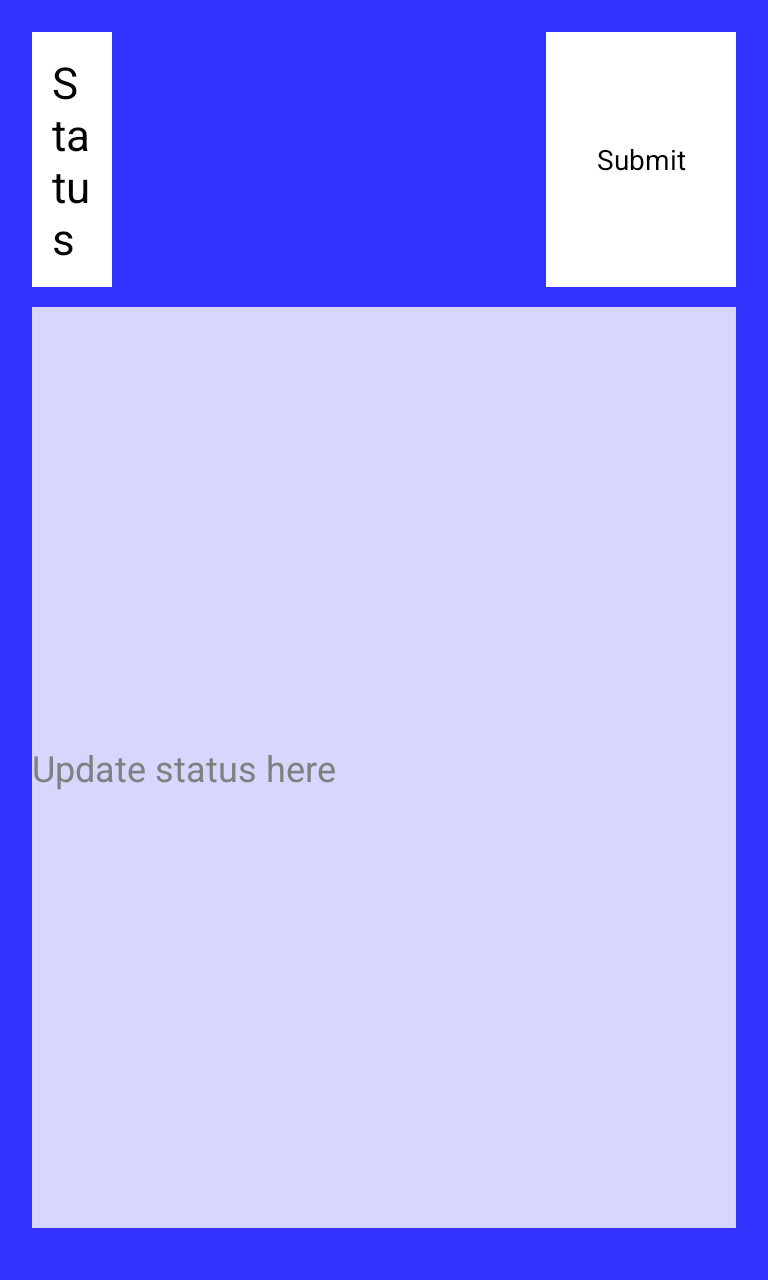
Repository: vamsiampolu/androidworkspace
Layout: YambaProject/res/layout/activity_main.xml
The author's editor kept a copy of each file at every save. The layout is drawn from the files as they stood at one save, then again after the next save.
It is drawn on a 768 x 1280 px phone screen (xhdpi) without system bars, with theme android:Theme.Light; the app's code is not run.

Above is the layout before, as saved 2013-05-09 09:25:04.

After the next save:
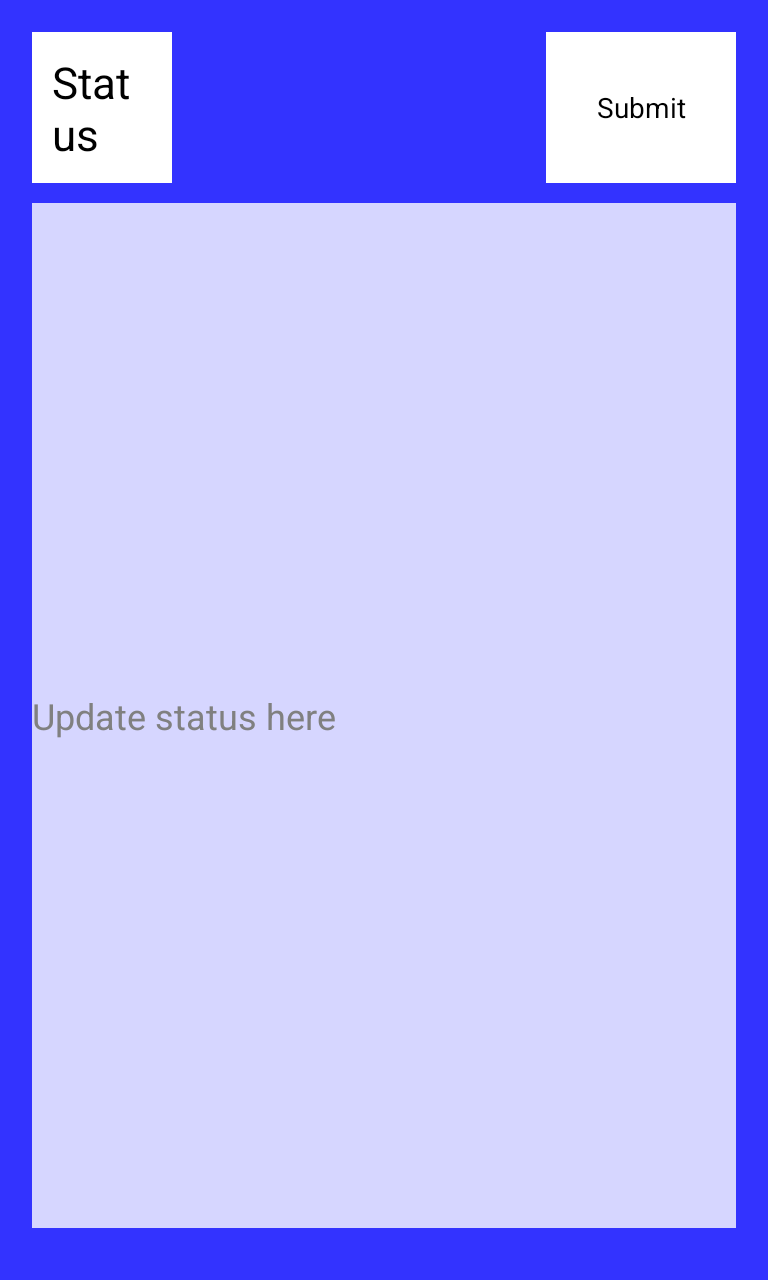
Saved 10 s later.
--- a/YambaProject/res/values/my_style.xml
+++ b/YambaProject/res/values/my_style.xml
@@ -2,7 +2,7 @@
 <resources xmlns:android="http://schemas.android.com/apk/res/android">
 
     <style name="txt_style">
-        <item name="android:layout_width">40</item>
+        <item name="android:layout_width">70</item>
         <item name="android:layout_height">wrap_content</item>
         <item name="android:background">#FFF</item>
         <item name="android:padding">10dp</item>
